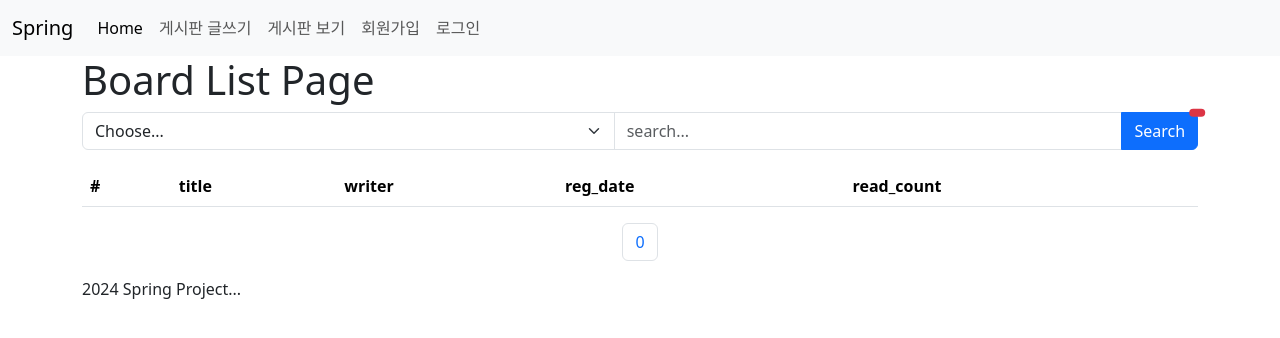
Repository: dhalfks/springTest240430
Page: http://localhost/spring_study/WEB-INF/views/board/list.jsp
The author's editor kept a copy of each file at every save. The page is drawn from the files as they stood at one save, then again after the next save.
The browser window is 1280 px wide. The pictures show the whole page.
The page is served by Tomcat 9. Nobody is signed in. The template is opened directly, without the code that normally fills it, so the values that code supplies are empty.

Above is the page before, as saved 2024-04-30 02:03:14.

After the next save:
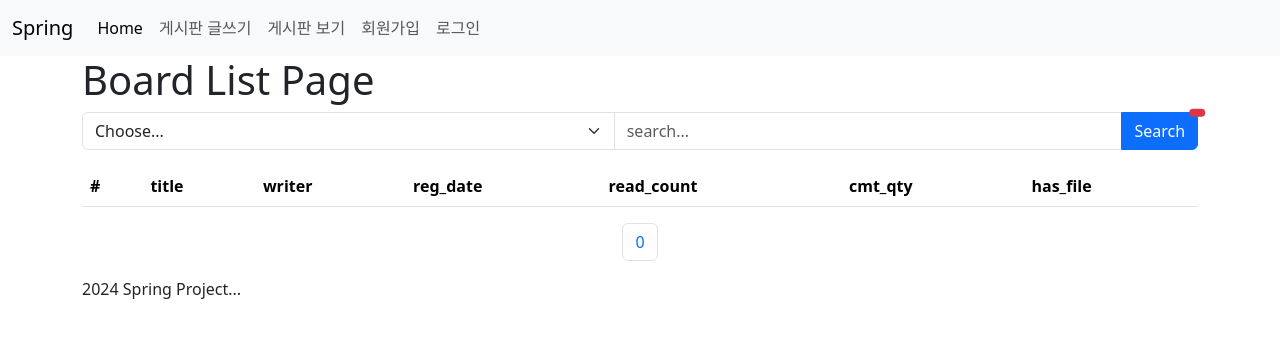
Saved 4 min 11 s later.
--- a/spring_study/src/main/webapp/WEB-INF/views/board/list.jsp
+++ b/spring_study/src/main/webapp/WEB-INF/views/board/list.jsp
@@ -40,6 +40,8 @@
 				<th>writer</th>
 				<th>reg_date</th>
 				<th>read_count</th>
+				<th>cmt_qty</th>
+				<th>has_file</th>
 			</tr>
 		</thead>
 		<tbody>
